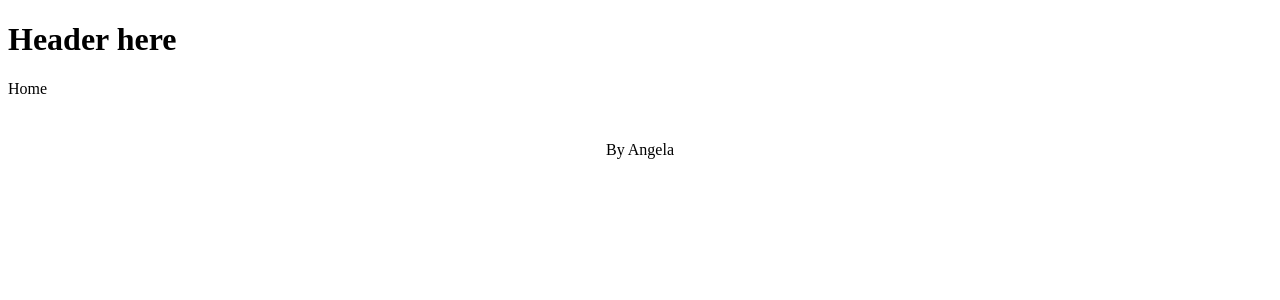
Repository: y-w-lee/class-3
Page: /ExampleFive
An editor plug-in stored every save of this project. The page is shown before and after a run of saves, followed by the edit.
The browser window is 1280 px wide. The pictures show the whole page.
The project was rebuilt for these pictures with package versions that can differ from the ones it lists, and the page was loaded fresh each time. The framework's server and built-in components were replaced by stand-ins that run in the browser. Also part of the build but not shown: next.config.js.

Above is the page before, as saved 2024-01-18 13:28:13.

### pages/ExampleFive.js
import { useState, useEffect } from "react"
import Header from "@/components/Header"
import Footer from "@/components/Footer"

// setting up a counter
// after each second increases by 1
// display number on screen as it increases
// no button needed as it will update number automatically

export default function ExampleFive () {

    const [count, setCount] = useState(0);

    useEffect(() => {
        const interval = setInterval(() => [
            setCount(count + 1)
        ], 1000)

        return () => clearInterval(interval)
    }, [count])

    return (
        <>
        <Header/>
        <main>
            <div style={{
                display: "flex",
                margin: "auto",
                textAlign: "center"
            }}>
                <h1>
                </h1>
            </div>
        </main>
        <Footer/>

        </>
    )
}

### styles/globals.css
:root {

}


a {
  color: inherit;
  text-decoration: none;
}

### components/Header/index.js
import Link from 'next/link'

export default function Header () {
    return (
        <header>
            <h1>Header here</h1>
            <Link href='/'>Home</Link>
        </header>
    )
}

### components/Footer/index.js
import styles from "./Footer.module.css"

export default function Footer () {
    return (
        <footer className={styles.footer}>
            By Angela
        </footer>
    )
}

### components/Footer/Footer.module.css
.footer {
    display: flex;
    justify-content: center;
}

Loaded but not shown: pages/_app.js (common file); pages/_document.js (common file)

After the next 3 saves:
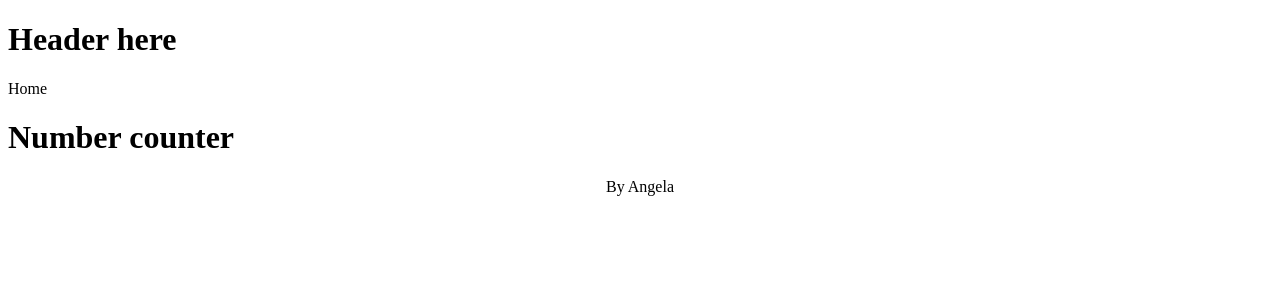
The 3 saves are shown as one change because they came seconds apart.
The last was saved 10 s later.
--- a/pages/ExampleFive.js
+++ b/pages/ExampleFive.js
@@ -28,8 +28,8 @@ export default function ExampleFive () {
                 margin: "auto",
                 textAlign: "center"
             }}>
-                <h1>
-                </h1>
+                <h1>Number counter</h1>
+                <h3></h3>
             </div>
         </main>
         <Footer/>
